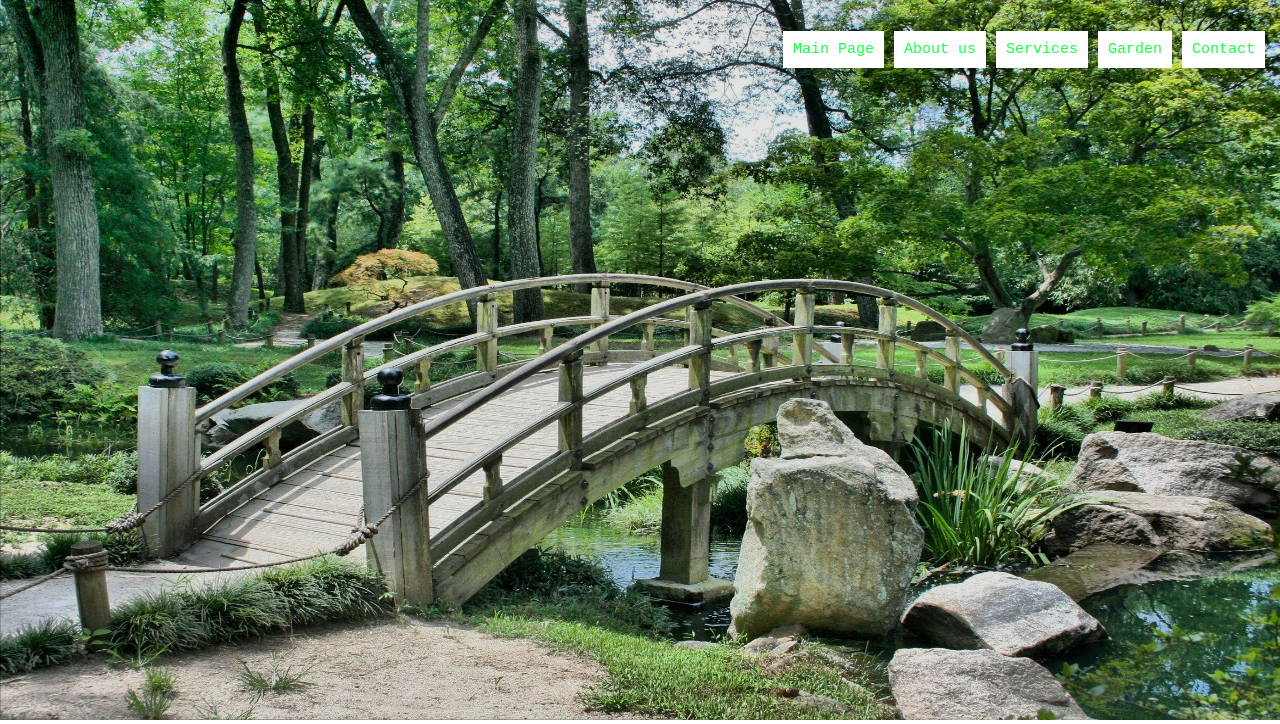
Repository: PatryxB/garden
Page: http://localhost/
These files come from the project's save history. The page is drawn as it stood at one moment and after the next save; the edit follows.
The browser window is 1280 px wide. The pictures show the whole page.
Some web fonts or font styles are not loaded; a fallback is used. The page is served by the project's Laravel application, run on PHP 8.4 with Laravel 8. Style sheets and scripts are compiled from the project's sources, by tool versions that may differ from the author's.

Above is the page before, as saved 2020-05-01 21:07:57.

After the next save:
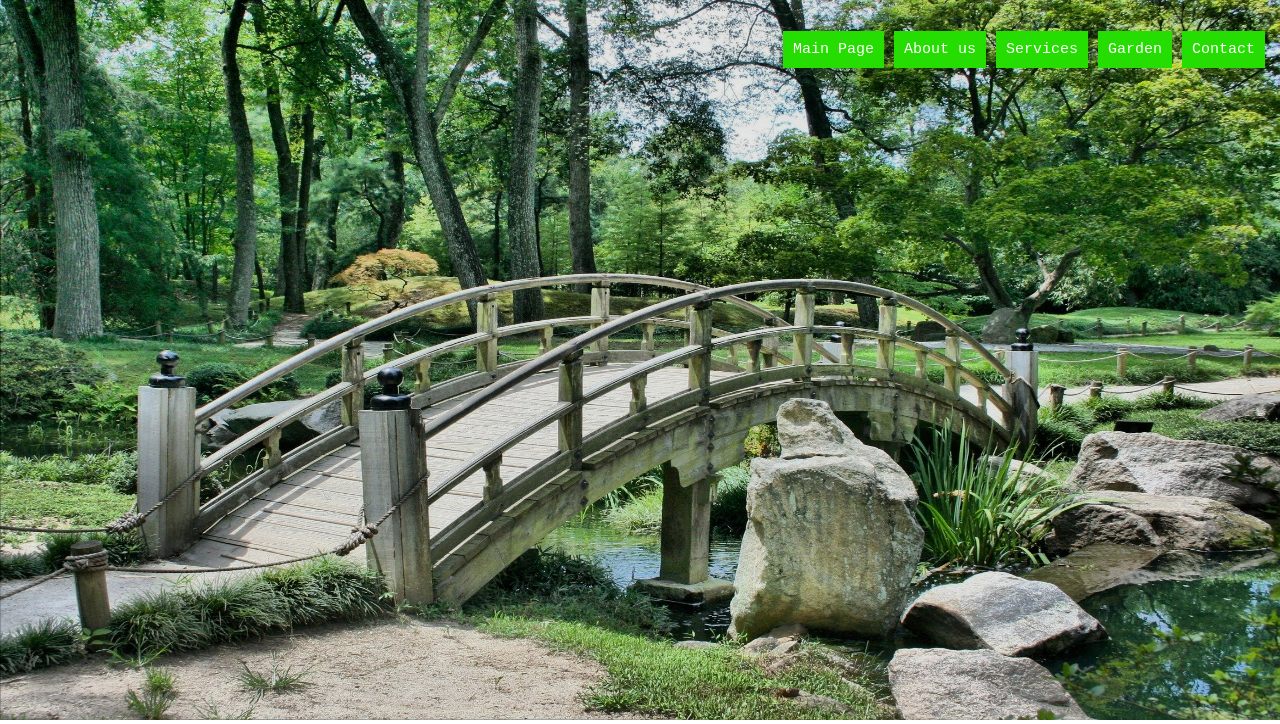
Saved 65 s later.
--- a/resources/sass/app.scss
+++ b/resources/sass/app.scss
@@ -20,8 +20,8 @@ nav ul li a{
     text-decoration: none;
     font-size: 15px;
     display: inline-block;
-    color: rgb(25, 255, 75);
-    background-color: white;
+    background-color: rgb(37, 221, 0);
+    color: white;
     padding: 10px;
     margin-left: 10px;
 }
